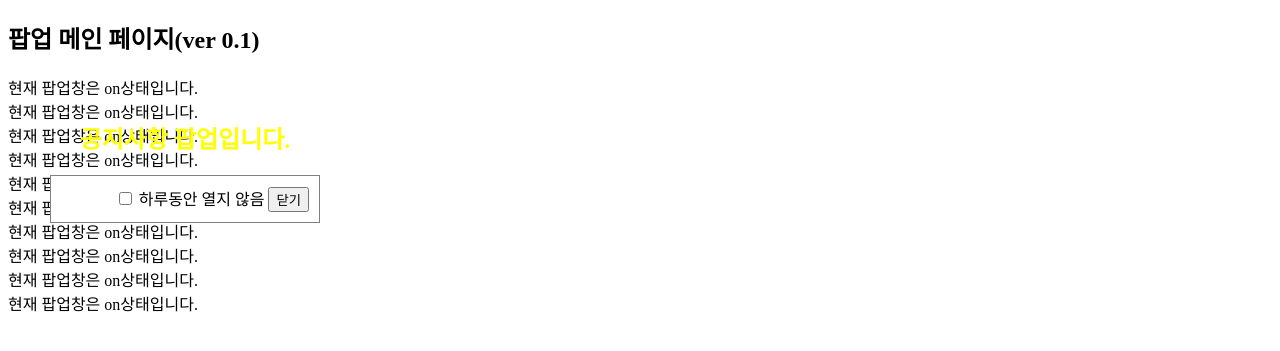
Repository: jwjb1020/Java_tomcat_jsp
Page: http://localhost/MustHaveJSP1/04Cookie/PopupMain2.jsp
These files come from the project's save history. The page is drawn as it stood at one moment and after the next save; the edit follows.
The browser window is 1280 px wide. The pictures show the whole page.
The page is served by Tomcat 9. Nobody is signed in. The application's start-up code is not run.

Above is the page before, as saved 2023-05-18 05:46:48.

After the next save:
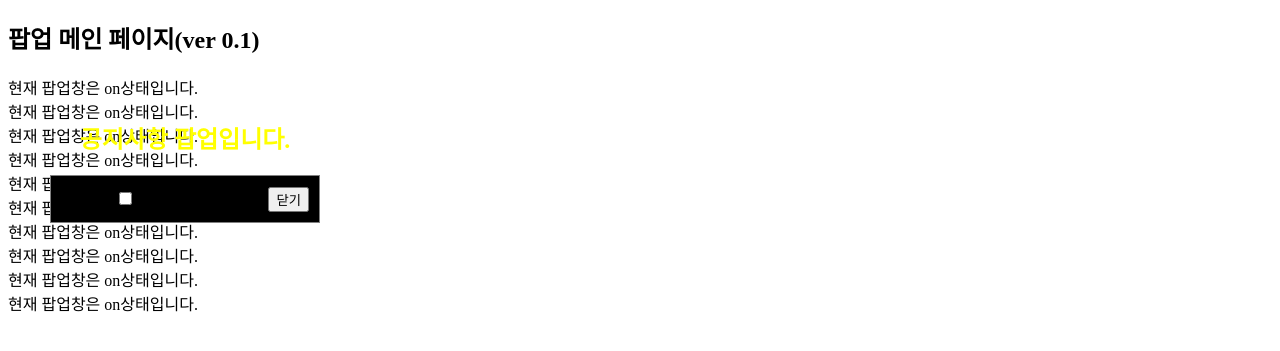
Saved 69 s later.
--- a/MustHaveJSP1/src/main/webapp/04Cookie/PopupMain2.jsp
+++ b/MustHaveJSP1/src/main/webapp/04Cookie/PopupMain2.jsp
@@ -32,7 +32,7 @@
 
 div#popup>div {
 	position: relative;
-	background-color: #ffffff;
+	background-color: black;
 	top: 0px;
 	border: 1px solid gray;
 	padding: 10px;

After the save that followed:
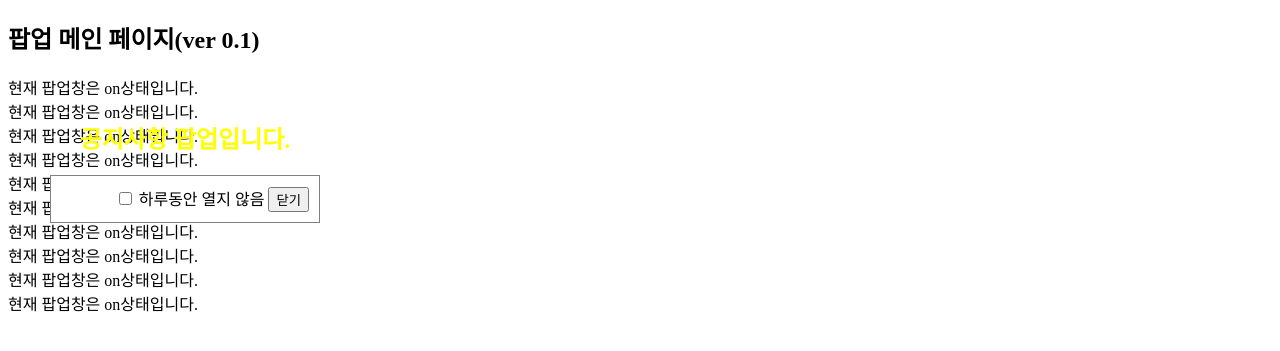
Saved 18 s later.
--- a/MustHaveJSP1/src/main/webapp/04Cookie/PopupMain2.jsp
+++ b/MustHaveJSP1/src/main/webapp/04Cookie/PopupMain2.jsp
@@ -32,7 +32,7 @@
 
 div#popup>div {
 	position: relative;
-	background-color: black;
+	background-color: #ffffff;
 	top: 0px;
 	border: 1px solid gray;
 	padding: 10px;
